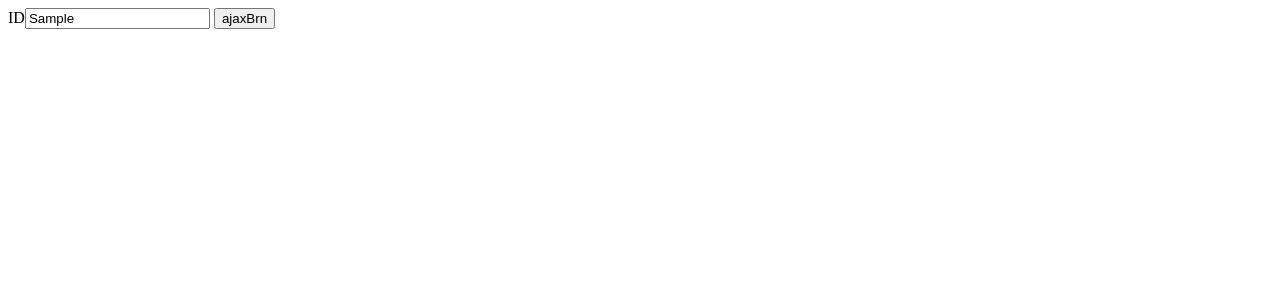
Repository: skybluelion/KB
Page: KB/work05_front/front06_Ajax/src/main/webapp/ajax02_memberAjax.html
An editor plug-in stored every save of this project. The page is shown before and after the next save, followed by the edit.
The browser window is 1280 px wide. The pictures show the whole page.
Empty fields were first filled with sample values (such as "Sample", 5 or name@example.com).
After loading, the first visible `#ajaxBtn` was clicked once.

Above is the page before, as saved 2023-04-13 06:10:40.

### KB/work05_front/front06_Ajax/src/main/webapp/ajax02_memberAjax.html
<!DOCTYPE html>
<html>
<head>
<meta charset="UTF-8">
<meta name="viewport" content="width=device-width, initial-scale=1"> <!-- 반응형 웹-> 모바일 -->
<title>Insert title here</title>
<style>
</style>
<script src="https://ajax.googleapis.com/ajax/libs/jquery/3.6.0/jquery.min.js"></script>
<script>
  $(function() {
    $('#ajaxBtn').click(function() {
		let id = $('#useId').val();
		//비동기 시작
		$.ajax({
			//요청
			type:'get',
			url:'./member.json',

			//응답.. 서버가 실행한 결과의 데이터를 받는 것
			success:function(result){
				//result안에 들어있는 회원들의 id값들을 resultView영역에 출력, red
				$.each(result, function(index, item) {
					var result = "<p color=red>"+item+"</p>";
					$('#resultView').append();
				});
			}//callback
		});//ajax
	});//click
  });
</script>
</head>
<body>
	ID<input type="text" name="userId" id="useId">
	<input type="button" value="ajaxBrn" id="ajaxBtn">
	<div id="resultView"></div>
</body>
</html>

### KB/work05_front/front06_Ajax/src/main/webapp/member.json
{
"members":[
	{"id":"hahash"},
	{"id":"kim99"},
	{"id":"hihello"},
	{"id":"kblife"},
	{"id":"multi301"}
	]
}

After the next save:
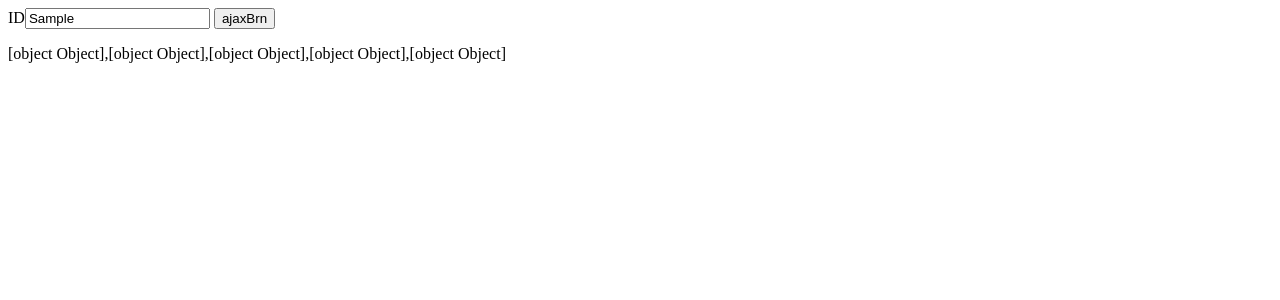
Saved 12 s later.
--- a/KB/work05_front/front06_Ajax/src/main/webapp/ajax02_memberAjax.html
+++ b/KB/work05_front/front06_Ajax/src/main/webapp/ajax02_memberAjax.html
@@ -22,7 +22,7 @@
 				//result안에 들어있는 회원들의 id값들을 resultView영역에 출력, red
 				$.each(result, function(index, item) {
 					var result = "<p color=red>"+item+"</p>";
-					$('#resultView').append();
+					$('#resultView').append(result);
 				});
 			}//callback
 		});//ajax
